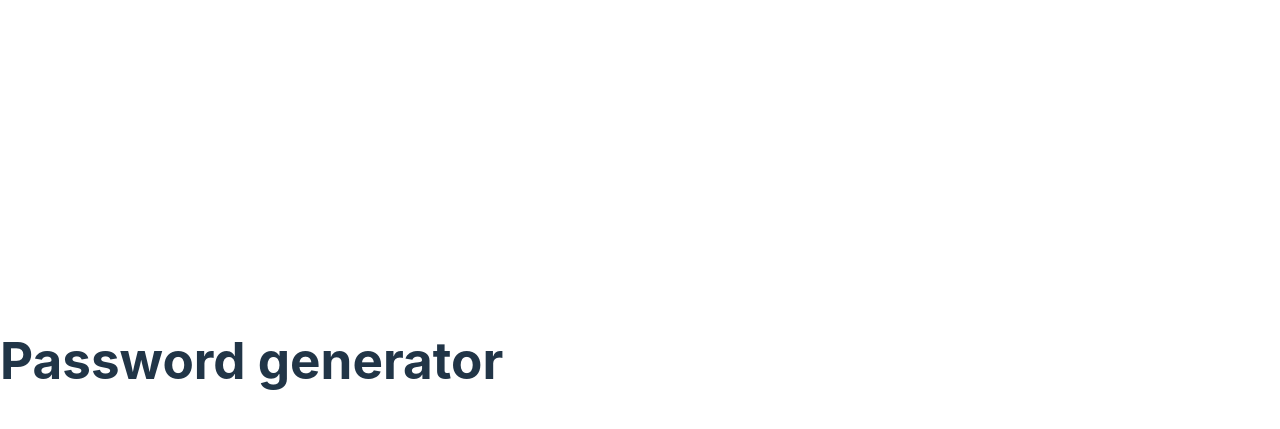
Repository: Adarshjeet0/ReactJs
Page: / (app in 05passwordGenerator/)
These files come from the project's save history. The page is drawn as it stood at one moment and after the next save; the edit follows.
The browser window is 1280 px wide. The pictures show the whole page.
The project was rebuilt for these pictures with package versions that can differ from the ones it lists, and the page was loaded fresh each time. Also part of the build but not shown: 05passwordGenerator/vite.config.js, 05passwordGenerator/src/App.css.

Above is the page before, as saved 2024-12-01 10:55:16.

After the next save:
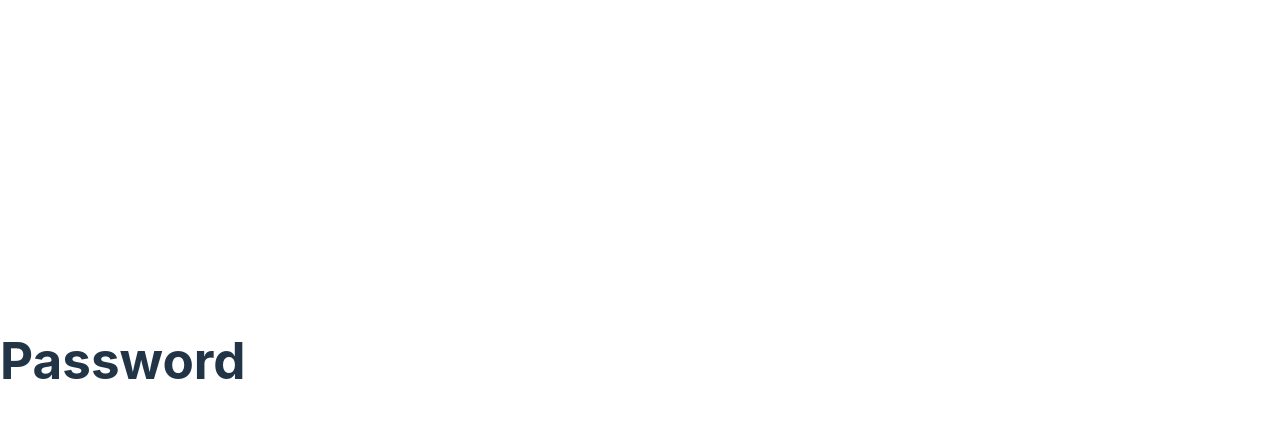
Saved 20 s later.
--- a/05passwordGenerator/src/App.jsx
+++ b/05passwordGenerator/src/App.jsx
@@ -8,7 +8,7 @@
   return (
     <>
       <div className="w-full max-w-md mx-auto shadow-md rounded-lg px-4 py-3 my-8 bg-gray-800 text-orange-500">
-        <h1 className='text-white my-3'>Password generator</h1>
+        <h1 className='text-white my-3'>Password</h1>
       </div>
     </>
   )

After the save that followed:
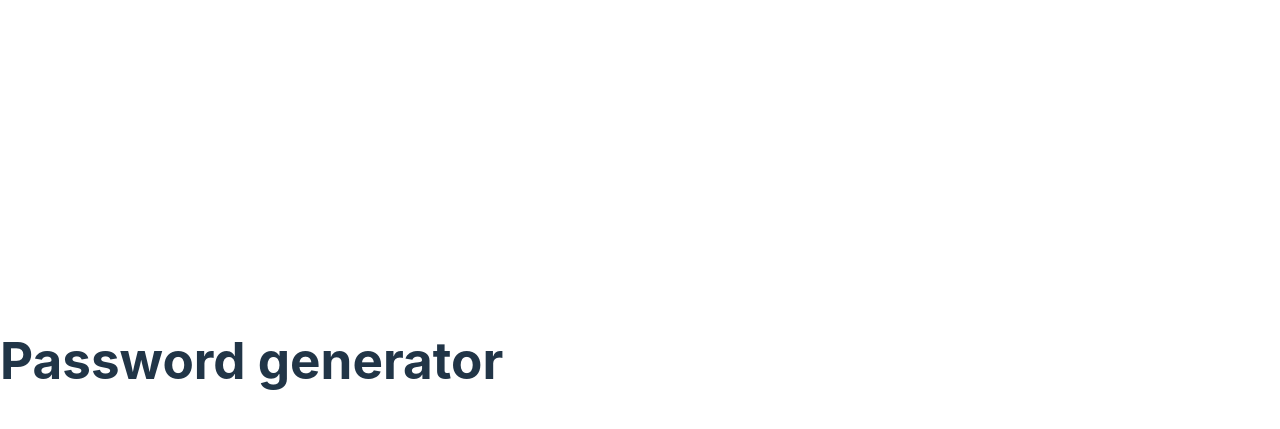
Saved 29 s later.
--- a/05passwordGenerator/src/App.jsx
+++ b/05passwordGenerator/src/App.jsx
@@ -8,7 +8,7 @@
   return (
     <>
       <div className="w-full max-w-md mx-auto shadow-md rounded-lg px-4 py-3 my-8 bg-gray-800 text-orange-500">
-        <h1 className='text-white my-3'>Password</h1>
+        <h1 className='text-white my-3'>Password generator</h1>
       </div>
     </>
   )
